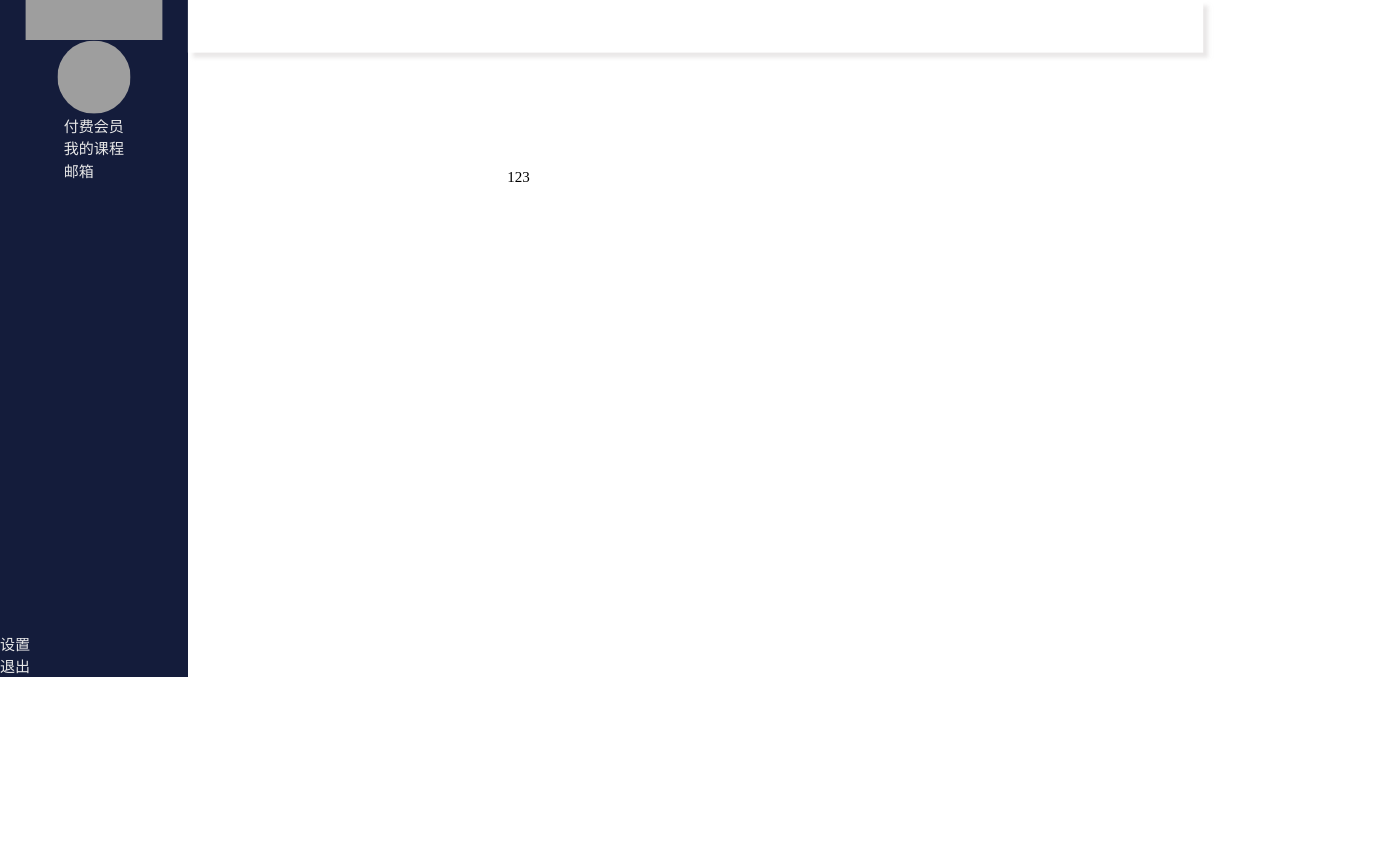
Repository: saswhite/banyuan-class
Page: / (app in 9.14作业/)
The author's editor kept a copy of each file at every save. The page is drawn from the files as they stood at one save, then again after a run of saves.
The browser window is 1280 px wide. The page is 1480 px wide, so the pictures cover 1480 px, including what lies to the right of the window. The pictures show the whole page, at 94% of full size.
Pictures or frames that could not be fetched are drawn as grey boxes. The project was rebuilt for these pictures with package versions that can differ from the ones it lists, and the page was loaded fresh each time.

Above is the page before, as saved 2020-09-14 16:33:18.

After the next 2 saves:
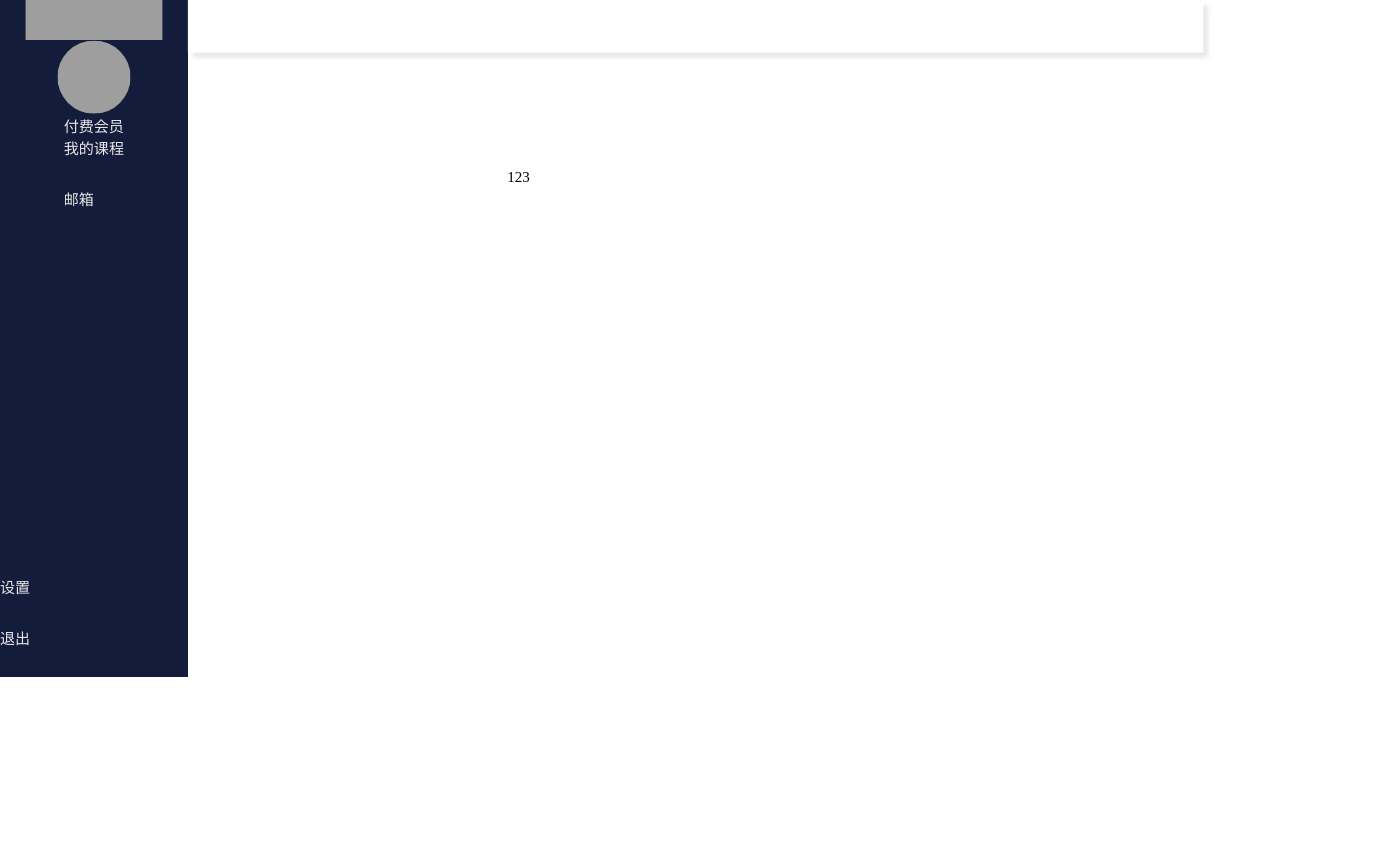
The 2 saves are shown as one change because they came seconds apart.
The last was saved 69 s later.
--- a/9.14作业/src/App.vue
+++ b/9.14作业/src/App.vue
@@ -126,5 +126,6 @@ export default {
 }
 .section {
   width: 100%;
+  height: 54px;
 }
 </style>
